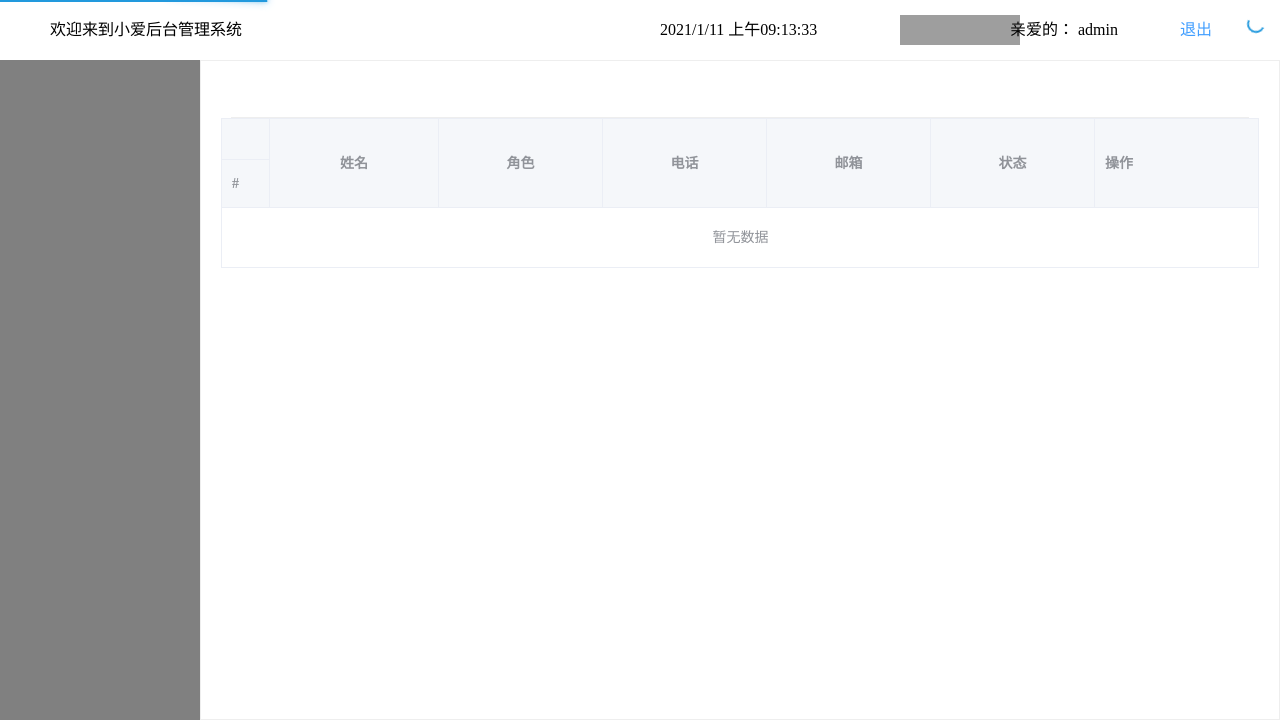
Repository: heyegang/vuex
Page: /usermanagement
An editor plug-in stored every save of this project. The page is shown before and after the next save, followed by the edit.
The browser window is 1280 px wide. The pictures show the whole page.
Pictures or frames that could not be fetched are drawn as grey boxes. The page's requests for data from a server got no answer. The project was rebuilt for these pictures with package versions that can differ from the ones it lists, and the page was loaded fresh each time. No one was signed in, and anything a server would have sent is missing. Also part of the build but not shown: vue.config.js, src/views/Home.vue, src/components/navsidebar/NavSidebar.vue.

Above is the page before, as saved 2021-01-11 19:06:23.

After the next save:
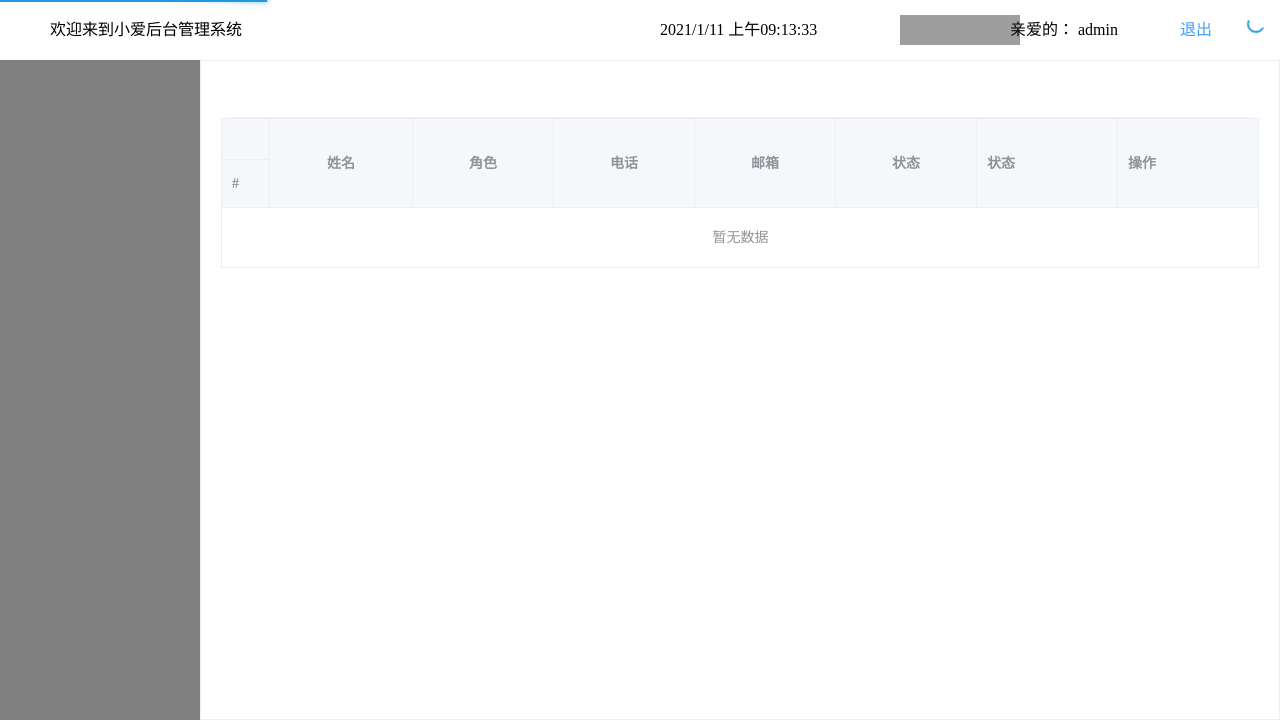
Saved 13 h 53 min later.
--- a/src/components/aitable/AiTable.vue
+++ b/src/components/aitable/AiTable.vue
@@ -23,6 +23,12 @@
       :label="item.label"
       :align='item.align'
       >
+      </el-table-column>
+
+      <el-table-column :label="columns[columns.length-2].label">
+        <template slot-scope="scope">
+          <slot name="switchs" :scope="scope"></slot>
+        </template>
       </el-table-column>
 
       <!-- <el-table-column>
